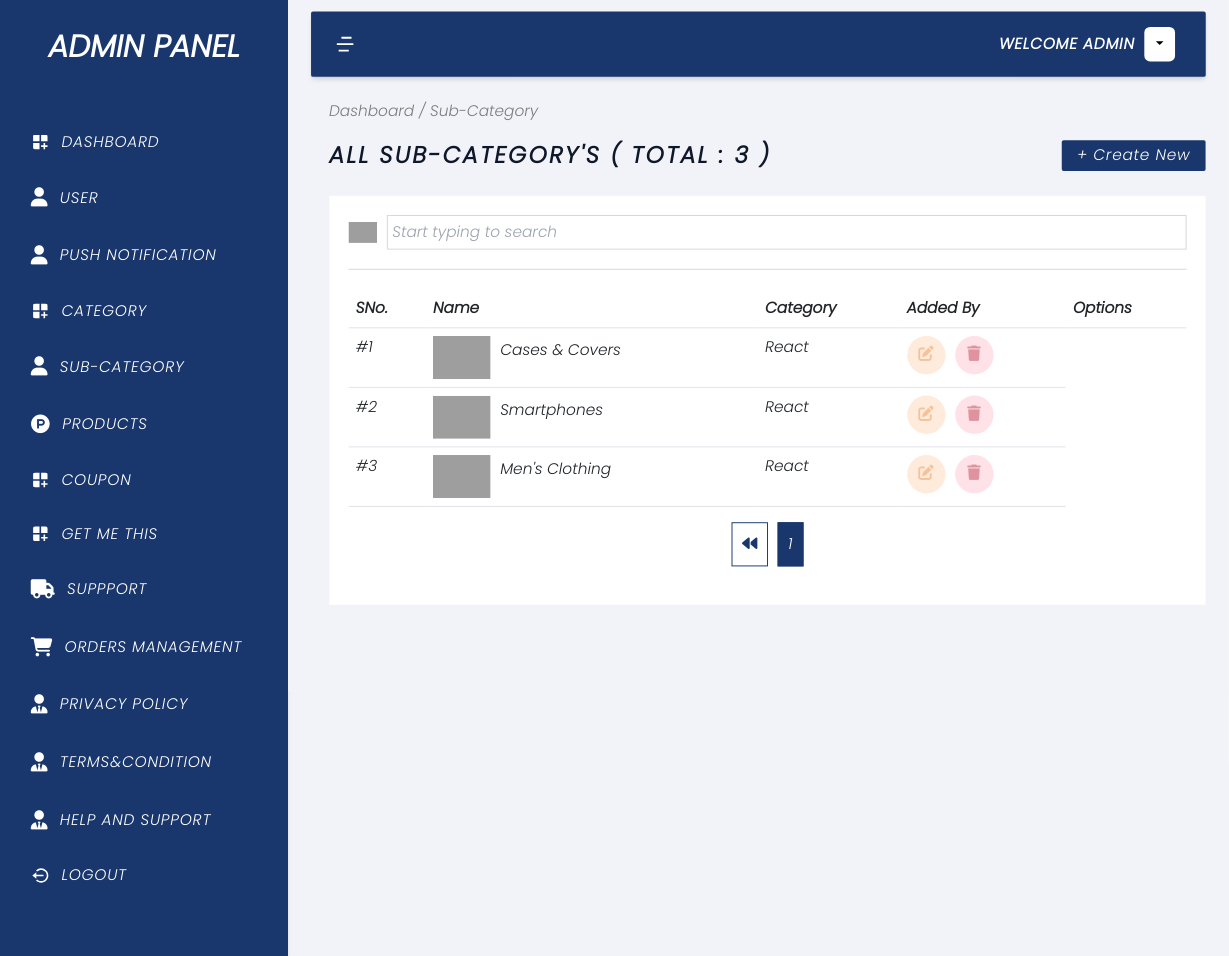
Repository: arpanmalik/project-khanna
Page: /sub-category
These files come from the project's save history. The page is drawn as it stood at one moment and after a run of saves; the edit follows.
The browser window is 1280 px wide. The pictures show the whole page, at 96% of full size.
Pictures or frames that could not be fetched are drawn as grey boxes. Some web libraries are served in a nearby version. The project was rebuilt for these pictures with package versions that can differ from the ones it lists, and the page was loaded fresh each time. Also part of the build but not shown: src/E-CommerceAdmin/forms/Login.jsx, src/E-CommerceAdmin/pages/Dashboard.jsx, src/E-CommerceAdmin/pages/ECategory.js, src/E-CommerceAdmin/pages/EProduct.js, src/E-CommerceAdmin/pages/EVendorList.js, src/E-CommerceAdmin/pages/EAdminOrders.js, src/E-CommerceAdmin/pages/EAdminProduct.js, src/E-CommerceAdmin/pages/EAdminDelivery.js and 11 more. Imported but missing from the stored project, and not drawn on this page: src/E-CommerceAdmin/pages/Component/SpinnerComp, src/E-CommerceVendor/forms/EVendorLogin, src/E-CommerceVendor/pages/EVCategory, src/E-CommerceVendor/pages/EVCoupon, src/E-CommerceVendor/pages/EVDashboard, src/E-CommerceVendor/pages/EVOrders, src/E-CommerceVendor/pages/EVProduct, src/E-CommerceVendor/pages/EVSubCategory.

Above is the page before, as saved 2023-05-16 15:51:03.

### public/index.html
<!-- @format -->

<!DOCTYPE html>
<html lang="en">
  <head>
    <meta charset="utf-8" />
    <meta name="viewport" content="width=device-width, initial-scale=1" />
    <meta name="theme-color" content="#000000" />
    <meta
      name="description"
      content="Web site created using create-react-app"
    />
    <link rel="manifest" href="%PUBLIC_URL%/manifest.json" />
    <link rel="preconnect" href="https://fonts.googleapis.com">
<link rel="preconnect" href="https://fonts.gstatic.com" crossorigin>
<link href="https://fonts.googleapis.com/css2?family=Roboto+Mono:ital,wght@1,300&display=swap" rel="stylesheet">
    <title>Admin Panel</title>
  </head>
  <body>
    <noscript>You need to enable JavaScript to run this app.</noscript>
    <div id="root"></div>
    <script src="https://code.jquery.com/jquery-3.6.0.min.js"></script>
    <script src="https://kit.fontawesome.com/b533b351e4.js" crossorigin="anonymous"></script>
  </body>
</html>

### src/E-CommerceAdmin/pages/EAdminCustomer.js
/** @format */

import React, { useEffect, useState } from "react";
import HOC from "../layout/HOC";
import { Table, Modal, Form, Button, Alert } from "react-bootstrap";

const EAdminCustomer = () => {
  const [modalShow, setModalShow] = React.useState(false);
  const [edit, setEdit] = useState("");

  const data = [
    {
      name: "Cases & Covers",
      image: "https://images-eu.ssl-images-amazon.com/images/G/31/img22/WLA/2023/MayART23/cases23/D81172593_IN_WLA_Cases_and_covers_BAU_header_1500.jpg",
      added: "React",
      category : "Mobiles , Tablets & More"
    },
    {
      name: "Smartphones",
      image:
        "https://m.media-amazon.com/images/I/31wacBawB3L._SY445_SX342_QL70_FMwebp_.jpg",
      added: "React",
    },
    {
      name: "Men's Clothing",
      image: "https://m.media-amazon.com/images/I/71MAg1Iuy6L._UX466_.jpg",
      added: "React",
    },
  ];
  // Pagination and Filter
  const [query, setQuery] = useState("");
  const [currentPage2, setCurrentPage2] = useState(1);
  const [postPerPage2] = useState(10);
  const lastPostIndex2 = currentPage2 * postPerPage2;
  const firstPostIndex2 = lastPostIndex2 - postPerPage2;

  let pages2 = [];

  const TotolData = query
    ? data?.filter(
        (i) =>
          i?.name?.toLowerCase().includes(query?.toLowerCase()) ||
          i?.email?.toLowerCase().includes(query?.toLowerCase())
      )
    : data;

  useEffect(() => {
    if (query) {
      setCurrentPage2(1);
    }
  }, [query]);

  const slicedData = TotolData?.slice(firstPostIndex2, lastPostIndex2);

  for (let i = 1; i <= Math.ceil(TotolData?.length / postPerPage2); i++) {
    pages2.push(i);
  }

  function Next() {
    setCurrentPage2(currentPage2 + 1);
  }

  function Prev() {
    if (currentPage2 !== 1) {
      setCurrentPage2(currentPage2 - 1);
    }
  }

  function MyVerticallyCenteredModal(props) {
    return (
      <Modal
        {...props}
        size="lg"
        aria-labelledby="contained-modal-title-vcenter"
        centered
      >
        <Modal.Header closeButton>
          <Modal.Title id="contained-modal-title-vcenter">
            {" "}
            {edit ? "Edit Category" : " Create New Category"}
          </Modal.Title>
        </Modal.Header>
        <Modal.Body>
          <Form>
            <Form.Group className="mb-3">
              <Form.Label>Image</Form.Label>
              <Form.Control type="file" required />
            </Form.Group>
            <Form.Group className="mb-3">
              <Form.Label>Name</Form.Label>
              <Form.Control type="text" required />
            </Form.Group>

            <Button
              style={{ backgroundColor: "#19376d", borderRadius: "0" }}
              type="submit"
            >
              Submit
            </Button>
          </Form>
        </Modal.Body>
      </Modal>
    );
  }

  return (
    <>
      <MyVerticallyCenteredModal
        show={modalShow}
        onHide={() => setModalShow(false)}
      />

      <section>
        <p className="headP">Dashboard / Sub-Category</p>
        <div
          className="pb-4   w-full flex justify-between items-center"
          style={{ width: "98%", marginLeft: "2%" }}
        >
          <span
            className="tracking-widest text-slate-900 font-semibold uppercase"
            style={{ fontSize: "1.5rem" }}
          >
            All Sub-Category's ( Total : {data?.length} )
          </span>
          <button
            onClick={() => {
              setEdit(false);
              setModalShow(true);
            }}
            className="md:py-2 px-3 md:px-4 py-1 rounded-sm bg-[#19376d] text-white tracking-wider"
          >
            + Create New
          </button>
        </div>

        <section className="sectionCont">
          {data?.length === 0 || !data ? (
            <Alert>Sub-Categories Not Found</Alert>
          ) : (
            <>
              <div className="filterBox">
                <img
                  src="https://t4.ftcdn.net/jpg/01/41/97/61/360_F_141976137_kQrdYIvfn3e0RT1EWbZOmQciOKLMgCwG.jpg"
                  alt=""
                />
                <input
                  type="search"
                  placeholder="Start typing to search"
                  onChange={(e) => setQuery(e.target.value)}
                />
              </div>

              <div className="overFlowCont">
                <Table>
                  <thead>
                    <tr>
                      <th>SNo.</th>
                      <th>Name</th>
                      <th>Category</th>
                      <th>Added By</th>
                      <th>Options</th>
                    </tr>
                  </thead>
                  <tbody>
                    {slicedData?.map((i, index) => (
                      <tr key={index}>
                        <td>#{index + 1} </td>
                        <td>
                          <span className="flexCont">
                            <img src={i.image} alt="" />
                            <p> {i.name} </p>
                          </span>
                        </td>
                        <td>{i.added} </td>
                        <td>
                          {" "}
                          <span className="flexCont">
                            <i
                              className="fa-solid fa-pen-to-square "
                              onClick={() => {
                                setEdit(true);
                                setModalShow(true);
                              }}
                            ></i>
                            <i className="fa-sharp fa-solid fa-trash"></i>
                          </span>
                        </td>
                      </tr>
                    ))}
                  </tbody>
                </Table>

                <div className="pagination">
                  <button onClick={() => Prev()} className="prevBtn">
                    <i className="fa-solid fa-backward"></i>
                  </button>
                  {currentPage2 === 1 ? (
                    ""
                  ) : (
                    <button onClick={() => setCurrentPage2(1)}>1</button>
                  )}

                  {pages2
                    ?.slice(currentPage2 - 1, currentPage2 + 3)
                    .map((i, index) =>
                      i === pages2?.length ? (
                        ""
                      ) : (
                        <button
                          key={index}
                          onClick={() => setCurrentPage2(i)}
                          className={currentPage2 === i ? "activePage" : ""}
                        >
                          {" "}
                          {i}{" "}
                        </button>
                      )
                    )}

                  <button
                    onClick={() => setCurrentPage2(pages2?.length)}
                    className={
                      currentPage2 === pages2?.length ? "activePage" : ""
                    }
                  >
                    {" "}
                    {pages2?.length}{" "}
                  </button>

                  {currentPage2 === pages2?.length ? (
                    ""
                  ) : (
                    <button onClick={() => Next()} className="nextBtn">
                      {" "}
                      <i className="fa-sharp fa-solid fa-forward"></i>
                    </button>
                  )}
                </div>
              </div>
            </>
          )}
        </section>
      </section>
    </>
  );
};

export default HOC(EAdminCustomer);

### src/E-CommerceAdmin/layout/HOC.jsx
/** @format */

import React, { useState } from "react";
import Navbar from "./Navbar";
import Sidebar from "./Sidebar";

const HOC = (Wcomponenet) => {
  return function Component() {
    const [hamb, setHamb] = useState(false);
    return (
      <>
        <section
          className="flex overflow-x-hidden relative "
          style={{ backgroundColor: "#f2f3f8" }}
        >
          {/* Sidebar */}
          <div
            className={
              hamb
                ? " absolute top-0 z-30 md:w-auto shadow-md bg-slate-200  w-60 transition-all md:-left-full left duration-150  h-auto overflow-y-auto  left-0 "
                : " md:w-72 z-30 bg-slate-200  shadow-md  md:static absolute top-0 -left-full   transition-all duration-150  overflow-y-auto h-auto"
            }
            style={{ minWidth: "300px" }}
          >
            <Sidebar hamb={hamb} setHamb={setHamb} />
          </div>
          {/* Components & Navbar */}
          <div
            className={
              hamb
                ? " transition-all px-4 py-2  duration-150 w-full h-screen"
                : " w-full h-screen  px-4 py-2   z-50 transition-all duration-150 "
            }
            style={{ backgroundColor: "#f2f3f8" }}
          >
            <Navbar hamb={hamb} setHamb={setHamb} />
            <div className="my-6 text-#000 h-[87%] wcomp overflow-y-auto">
              {" "}
              <Wcomponenet />
            </div>
          </div>
        </section>
      </>
    );
  };
};

export default HOC;

### src/E-CommerceAdmin/layout/Navbar.jsx
/** @format */
import { RiMenu4Line } from "react-icons/ri";
import Dropdown from "react-bootstrap/Dropdown";
import { UpdateProfile } from "../../Modals";
import { useState } from "react";
import { useNavigate } from "react-router-dom";
import { toast } from "react-toastify";

const Navbar = ({ hamb, setHamb }) => {
  const [modalShow, setModalShow] = useState(false);
  const navigate = useNavigate();

  function LogOut () {
    navigate('/')
    toast.success("Logged Out")
  }

  return (
    <>
      <UpdateProfile show={modalShow} onHide={() => setModalShow(false)} />
      <div
        className={
          hamb
            ? "flex  w-full justify-between  my-1 rounded-sm  p-4 py-3 shadow-md items-center  bg-slate-200 space-x-4"
            : "flex  w-full justify-between my-1 rounded-sm  p-4 py-3 shadow-md items-center  bg-slate-200 space-x-4"
        }
        style={{ backgroundColor: "#19376d" }}
      >
        <RiMenu4Line
          onClick={() => setHamb(!hamb)}
          className="text-2xl font-bold text-gray-900 hover:scale-90 cursor-pointer"
          style={{ color: "#fff" }}
        />

        <section className="flex sm:ml-auto justify-end sm:w-full items-center space-x-2  pr-2">
          <figcaption
            className="tracking-wider pl-1 font-semibold d-flex"
            style={{ gap: "10px", alignItems: "center" }}
          >
            <div
              className="lg:text-base text-sm text-gray-900  uppercase"
              style={{ color: "#fff" }}
            >
              Welcome Admin
            </div>
            <Dropdown>
              <Dropdown.Toggle id="dropdown-basic"></Dropdown.Toggle>

              <Dropdown.Menu>
                <Dropdown.Item onClick={() => setModalShow(true)}>
                  Update Profile <i className="fa-solid fa-user"></i>{" "}
                </Dropdown.Item>
                <Dropdown.Item onClick={() => LogOut()} >
                  Logout <i className="fa-solid fa-right-from-bracket"></i>{" "}
                </Dropdown.Item>
              </Dropdown.Menu>
            </Dropdown>
          </figcaption>
        </section>
      </div>
    </>
  );
};

export default Navbar;

### src/E-CommerceAdmin/layout/Sidebar.jsx
/** @format */

import React from "react";
import { RiCloseLine } from "react-icons/ri";
import { Link, useNavigate } from "react-router-dom";
import { BiLogOutCircle } from "react-icons/bi";
import { MdDashboardCustomize } from "react-icons/md";

const Sidebar = ({ hamb, setHamb }) => {
  const navigate = useNavigate();

  const nav = [
    {
      icon: <MdDashboardCustomize className="text-xl mr-3 rounded-full " />,
      link: "/dashboard ",
      name: "Dashboard",
    },
    {
      icon: <i className="fa-solid fa-user text-xl mr-3 rounded-full"></i>,
      link: "/Admin",
      name: "User",
    },
    {
      icon: <i className="fa-solid fa-user text-xl mr-3 rounded-full"></i>,
      link: "/pushNotification",
      name: "Push Notification",
    },  {
      icon: <MdDashboardCustomize className="text-xl mr-3 rounded-full " />,
      link: "/Category",
      name: "Category",
    },

    {
      icon: <i className="fa-solid fa-user text-xl mr-3 rounded-full"></i>,
      link: "/sub-category",
      name: "Sub-Category",
    },


    {
      icon: (
        <i className="fa-brands fa-product-hunt text-xl mr-3 rounded-full"></i>
      ),
      link: "/Product",
      name: "Products",
    },





    {
      icon: <MdDashboardCustomize className="text-xl mr-3 rounded-full " />,
      link: "/coupon",
      name: "Coupon",
    },
    {
      icon: <MdDashboardCustomize className="text-xl mr-3 rounded-full " />,
      link: "/getMeThis",
      name: "Get Me This",
    },
    {
      icon: <i className="fa-solid fa-truck  text-xl mr-3 rounded-full"></i>,
      link: "/Support",
      name: "Suppport",
    },
    {
      icon: (
        <i className="fa-solid fa-cart-shopping text-xl mr-3 rounded-full"></i>
      ),
      link: "/Orders",
      name: "Orders Management",
    },

    {
      icon: <i className="fa-solid fa-user-tie text-xl mr-3 rounded-full"></i>,
      link: "/privacy",
      name: "Privacy Policy",
    },
    {
      icon: <i className="fa-solid fa-user-tie text-xl mr-3 rounded-full"></i>,
      link: "/terms",
      name: "Terms&Condition",
    },
    // {
    //   icon: <i className="fa-solid fa-user-tie text-xl mr-3 rounded-full"></i>,
    //   link: "/helpSupport",
    //   name: "Help and Support",
    // },
    {
      icon: <i className="fa-solid fa-user-tie text-xl mr-3 rounded-full"></i>,
      link: "/complaints",
      name: "Help and Support",
    },
  ];

  const logOut = () => {
    localStorage.clear()
    navigate("/");
  };

  return (
    <>
      <aside
        className="p-4 h-auto"
        style={{ backgroundColor: "#19376d", minHeight: "100vh" }}
      >
        {/* Top */}
        <div className="w-full md:hidden relative  p-2 mb-4">
          <RiCloseLine
            onClick={() => setHamb(!hamb)}
            className="text-3xl  absolute top-2 sm:hover:rotate-[228deg] transition-transform font-bold right-2 sm:hover:text-[22px] text-[rgb(241,146,46)] cursor-pointer"
          />
        </div>{" "}
        <figure className="flex  flex-col items-center">
          <span
            className="font-bold text-[#fff]"
            style={{
              fontSize: "2rem",
              textAlign: "center",
              textTransform: "uppercase",
            }}
          >
            {" "}
            ADMIN PANEL
          </span>
        </figure>
        <nav className="py-6">
          {nav.map((nav) => {
            return (
              <Link
                to={nav.link}
                key={nav.name}
                className=""
                style={{ textDecoration: "none", textTransform: "uppercase" }}
              >
                <span
                  className="flex my-3 items-center cursor-pointer text-gray-900    tracking-wider p-2 rounded-sm"
                  style={{ color: "#FFF" }}
                >
                  {nav.icon} {nav.name}
                </span>
              </Link>
            );
          })}
          <span
            className="flex my-3 items-center cursor-pointer text-gray-900    tracking-wider p-2 rounded-sm"
            onClick={() => logOut()}
            style={{ color: "#FFF", textTransform: "uppercase" }}
          >
            <BiLogOutCircle className="text-xl mr-3 rounded-full " /> LogOut
          </span>
        </nav>
      </aside>
    </>
  );
};

export default Sidebar;

Loaded but not shown: tailwind.config.js (common file); src/App.js (92 lines, source omitted); src/Modals.js (41 lines, source omitted); src/index.js (15 lines, source omitted); src/index.css (504 lines, source omitted)

After the next 2 saves:
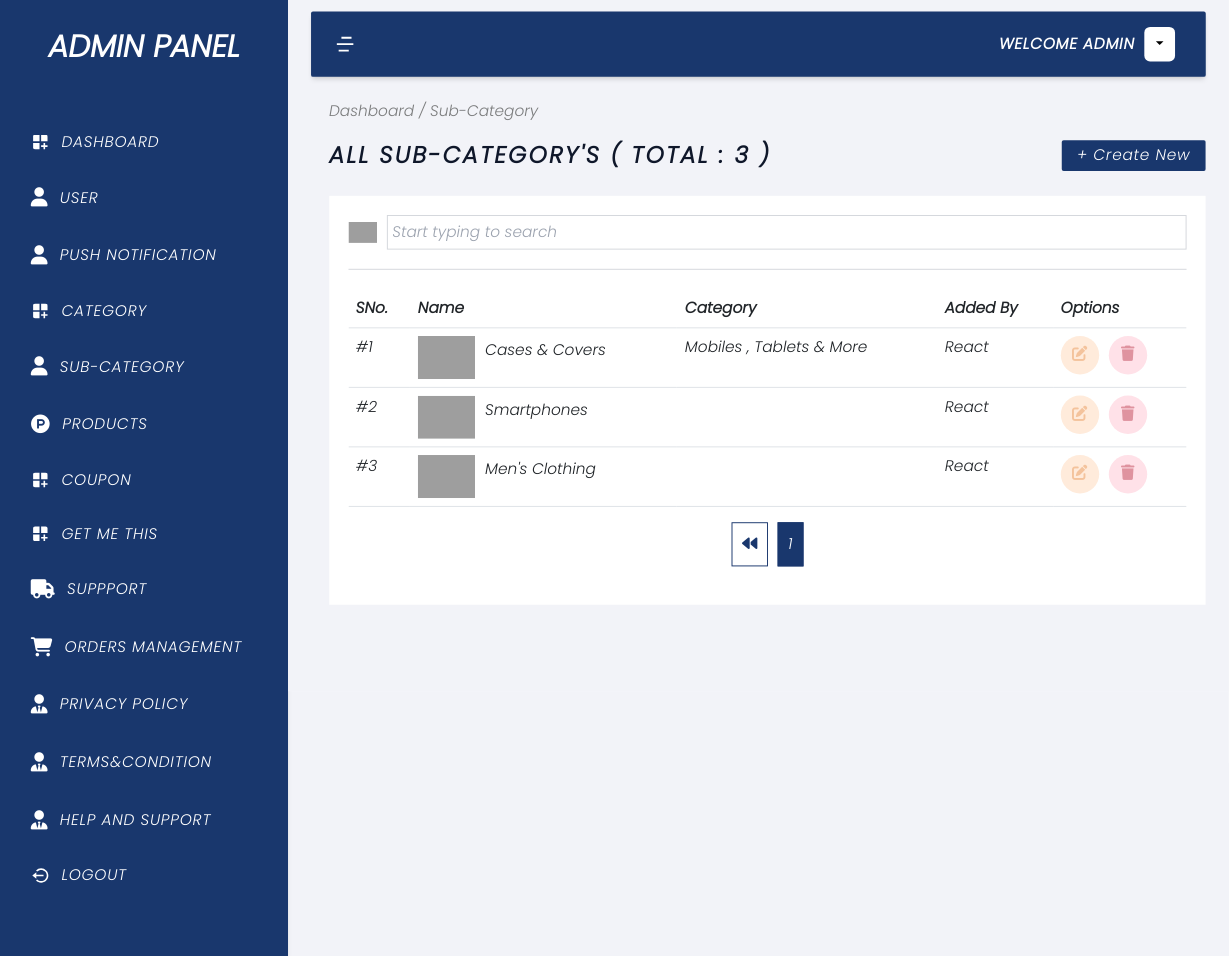
The 2 saves are shown as one change because they came seconds apart.
The last was saved 14 s later.
--- a/src/E-CommerceAdmin/pages/EAdminCustomer.js
+++ b/src/E-CommerceAdmin/pages/EAdminCustomer.js
@@ -171,6 +171,7 @@ const EAdminCustomer = () => {
                             <p> {i.name} </p>
                           </span>
                         </td>
+                        <td>{i.category} </td>
                         <td>{i.added} </td>
                         <td>
                           {" "}
